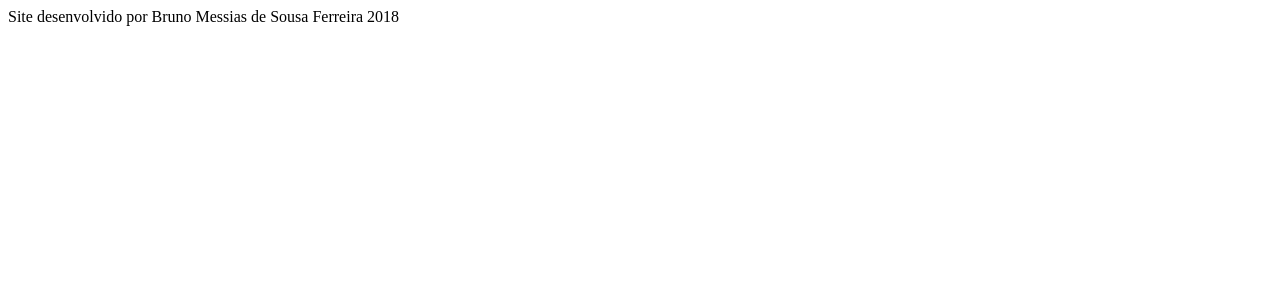
Repository: formatech2018/BRUNNO-S-FILMES
Page: sistema.filmes/src/main/webapp/resources/html/footer.html
These files come from the project's save history. The page is drawn as it stood at one moment and after the next save; the edit follows.
The browser window is 1280 px wide. The pictures show the whole page.

Above is the page before, as saved 2018-08-03 23:04:22.

After the next save:
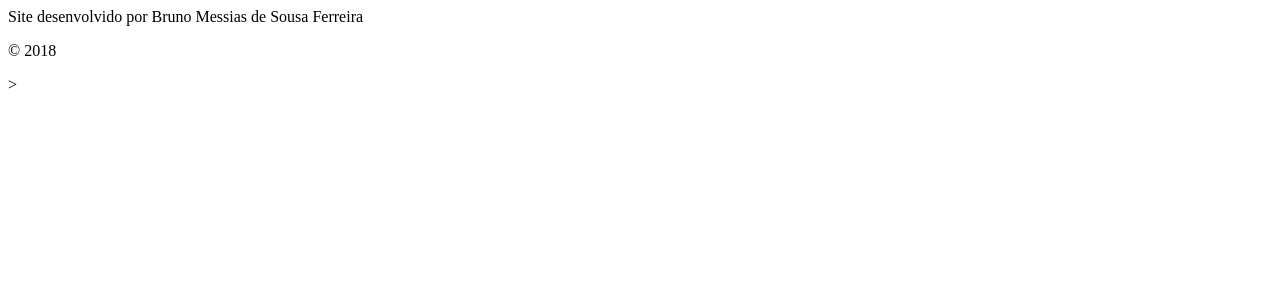
Saved 110 s later.
--- a/sistema.filmes/src/main/webapp/resources/html/footer.html
+++ b/sistema.filmes/src/main/webapp/resources/html/footer.html
@@ -1,3 +1,8 @@
-<div class="footer"><p>Site desenvolvido por Bruno Messias de Sousa Ferreira 2018</p></div>
+<div class="footer">
+
+	<p>Site desenvolvido por Bruno Messias de Sousa Ferreira </p>
+	<p>&copy; 2018</p>>
+
+</div>
 </div>
 </html>
